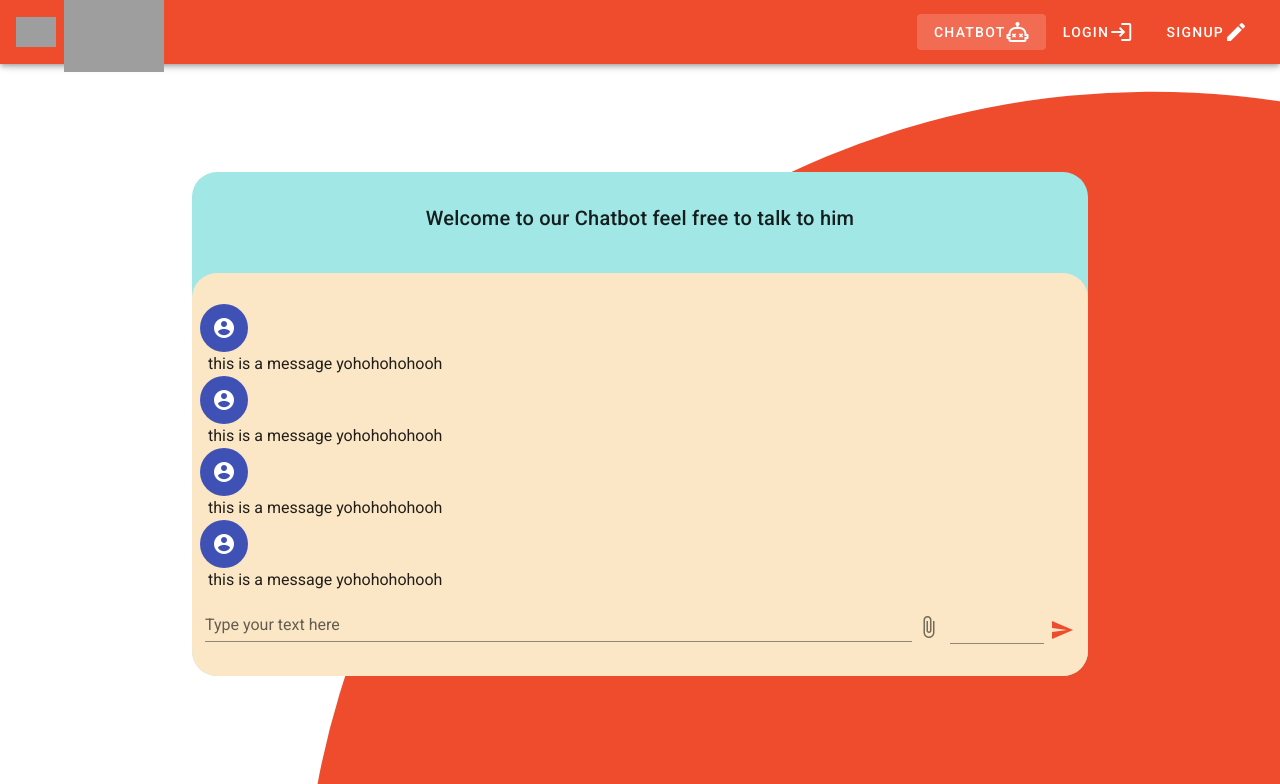
Repository: atout811/pyTorch-Hackathon
Page: /chatbot (app in frontend/)
These files come from the project's save history. The page is drawn as it stood at one moment and after the next save; the edit follows.
The browser window is 1280 px wide. The pictures show the whole page.
Pictures or frames that could not be fetched are drawn as grey boxes. The project was rebuilt for these pictures with package versions that can differ from the ones it lists, and the page was loaded fresh each time. Also part of the build but not shown: frontend/vue.config.js, frontend/src/views/Home.vue.

Above is the page before, as saved 2021-10-21 15:27:32.

### frontend/src/main.js
import Vue from 'vue'
import App from './App.vue'
import './registerServiceWorker'
import router from './router'
import store from './store'
import vuetify from './plugins/vuetify'
import instance from './plugins/axios'

Vue.config.productionTip = false
Vue.prototype.$axios = instance;

new Vue({
  router,
  store,
  vuetify,
  render: function (h) { return h(App) }
}).$mount('#app')

### frontend/src/App.vue
<template>
  <v-app>
    <v-app-bar app color="primary" dark>
      <div class="d-flex align-center">
        <v-img
          alt="Vuetify Logo"
          class="shrink mr-2"
          contain
          src="https://cdn.vuetifyjs.com/images/logos/vuetify-logo-dark.png"
          transition="scale-transition"
          width="40"
        />

        <v-img
          alt="Vuetify Name"
          class="shrink mt-1 hidden-sm-and-down"
          contain
          min-width="100"
          src="https://cdn.vuetifyjs.com/images/logos/vuetify-name-dark.png"
          width="100"
        />
      </div>

      <v-spacer></v-spacer>
      <v-btn to="/chatbot" text>
        <v-text>Chatbot</v-text>
        <v-icon>mdi-robot-dead-outline</v-icon>
      </v-btn>
      <v-btn to="/login" text>
        <v-text>Login</v-text>
        <v-icon>mdi-login</v-icon>
      </v-btn>
      <v-btn to="/signup" text>
        <v-text>Signup</v-text>
        <v-icon>mdi-pencil</v-icon>
      </v-btn>
    </v-app-bar>

    <v-main class="bubble">
      <router-view />
    </v-main>
  </v-app>
</template>

<script>
export default {
  name: "App",

  data: () => ({
    //
  }),
};
</script>
<style>
.bubble::before {
  background-color: var(--v-primary-base);
  clip-path: circle(80% at 90% 120%);
  width: 100%;
  height: 100%;
  content: "";
  position: absolute;
  box-sizing: none;
  top: 0;
  left: 0;
}
</style>

### frontend/src/router/index.js
import Vue from "vue";
import VueRouter from "vue-router";
import Home from "../views/Home.vue";

Vue.use(VueRouter);

const routes = [
  {
    path: "/",
    name: "Home",
    component: Home,
  },
  {
    path: "/about",
    name: "About",
    // route level code-splitting
    // this generates a separate chunk (about.[hash].js) for this route
    // which is lazy-loaded when the route is visited.
    component: function() {
      return import(/* webpackChunkName: "about" */ "../views/About.vue");
    },
  },
  {
    path: "/login",
    name: "Login",
    // route level code-splitting
    // this generates a separate chunk (Login.[hash].js) for this route
    // which is lazy-loaded when the route is visited.
    component: function() {
      return import(/* webpackChunkName: "Login" */ "../views/Login.vue");
    },
  },
  {
    path: "/signup",
    name: "Signup",
    // route level code-splitting
    // this generates a separate chunk (Signup.[hash].js) for this route
    // which is lazy-loaded when the route is visited.
    component: function() {
      return import(/* webpackChunkName: "Signup" */ "../views/Signup.vue");
    },
  },
  {
    path: "/chatbot",
    name: "chatbot",
    // route level code-splitting
    // this generates a separate chunk (Signup.[hash].js) for this route
    // which is lazy-loaded when the route is visited.
    component: function() {
      return import(/* webpackChunkName: "Signup" */ "../views/Chatbot.vue");
    },
  },
];

const router = new VueRouter({
  mode: "history",
  base: process.env.BASE_URL,
  routes,
});

export default router;

### frontend/src/plugins/vuetify.js
import Vue from 'vue';
import Vuetify from 'vuetify/lib/framework';

Vue.use(Vuetify);

export default new Vuetify({
    theme: {
        themes: {
            light: {
                primary: "#ee4c2c"
            }
        }, options: {
            customProperties: true
        },
    }
});

### frontend/src/plugins/axios.js
import axios from "axios";

const instance = axios.create({
    headers: {
        "Content-Type": "application/json"
    }
})

export default instance;

### frontend/src/views/Chatbot.vue
<template>
  <div class="baba">
    <div class="container">
      <h1 class="title">Welcome to our Chatbot feel free to talk to him</h1>
      <div class="chat-container">
        <div v-for="(message, i) in chat" :key="i" class="messages">
          <div :class="message.from == 'bot' ? 'bot' : 'user'">
            <v-avatar color="indigo">
              <v-icon dark> mdi-account-circle </v-icon>
            </v-avatar>
            <div class="messg">this is a message yohohohohooh</div>
          </div>
        </div>
        <div class="input-group">
          <v-text-field
            class="text-input"
            label="Type your text here"
          ></v-text-field>
          <v-file-input accept="image/*"></v-file-input>
          <v-btn icon color="var(--v-primary-base)">
            <v-icon>mdi-send</v-icon>
          </v-btn>
        </div>
      </div>
    </div>
  </div>
</template>

<script>
export default {
  name: "chatbot",
  data() {
    return {
      chat: [
        { from: "bot", message: "hey how can i help u ?" },
        { from: "user", message: "nohting" },
        { from: "bot", message: "okay, bye " },
        { from: "bot", message: "btw feel fear on human" },
      ],
    };
  },
};
</script>

<style>
.baba {
  height: 100vh;
  width: 100vw;
  display: flex;
}
.container {
  height: 70vh;
  width: 70vw;
  padding: 0;
  align-self: center;
  background-color: #a0e7e5;
  border-radius: 25px;
  display: flex;
  flex-direction: column;
  justify-content: space-between;
  align-items: center;
}
.title {
  margin: 10px;
  margin-top: 30px;
}
.chat-container {
  height: 80%;
  width: 100%;
  background-color: #fbe7c6;
  border-radius: 25px;
  display: flex;
  flex-direction: column;
  justify-content: flex-end;
  padding: 8px;
}
.text-input {
  width: 70%;
  margin: 5px;
}
.input-group {
  display: flex;
  align-items: center;
}
.message {
  display: flex;
  align-items: center;
}
.messg {
  margin-left: 8px;
}
</style>

Loaded but not shown: frontend/public/index.html (common file); frontend/src/registerServiceWorker.js (common file); frontend/src/store/index.js (common file)

After the next save:
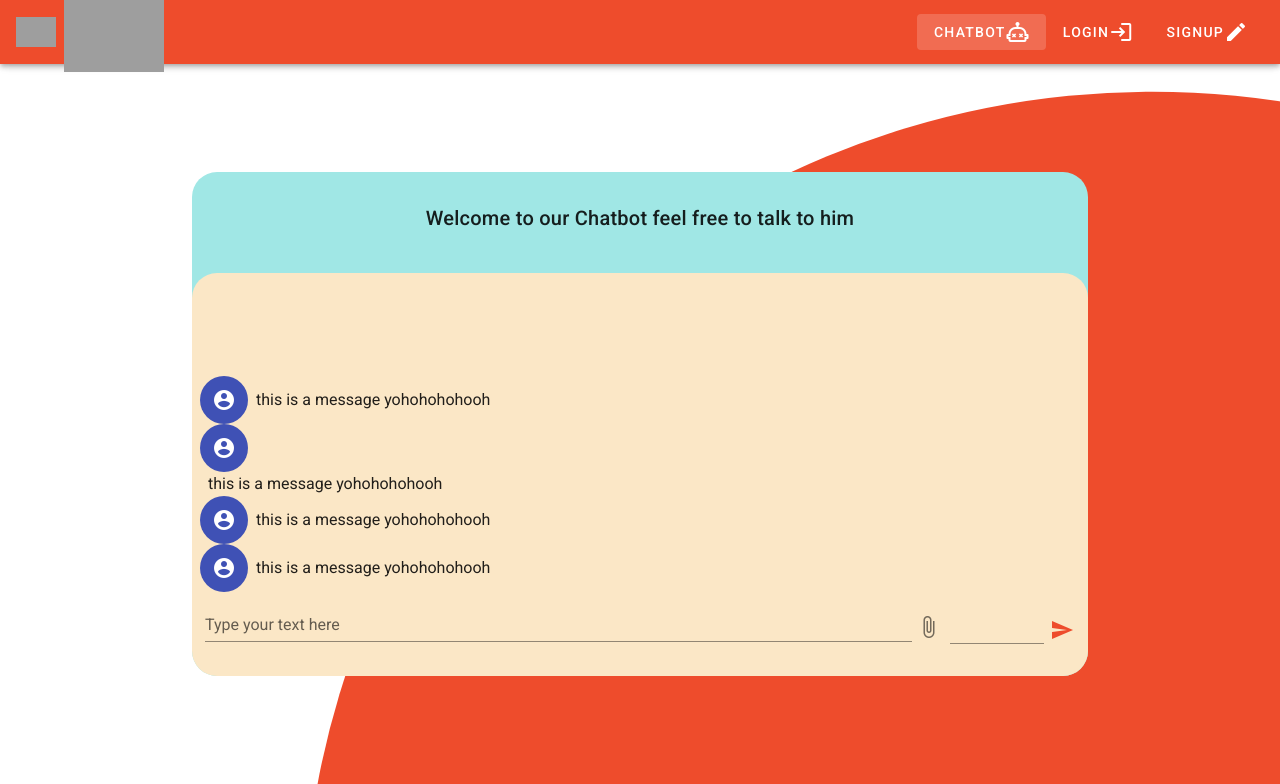
Saved 24 s later.
--- a/frontend/src/views/Chatbot.vue
+++ b/frontend/src/views/Chatbot.vue
@@ -82,7 +82,7 @@ export default {
   display: flex;
   align-items: center;
 }
-.message {
+.bot {
   display: flex;
   align-items: center;
 }
